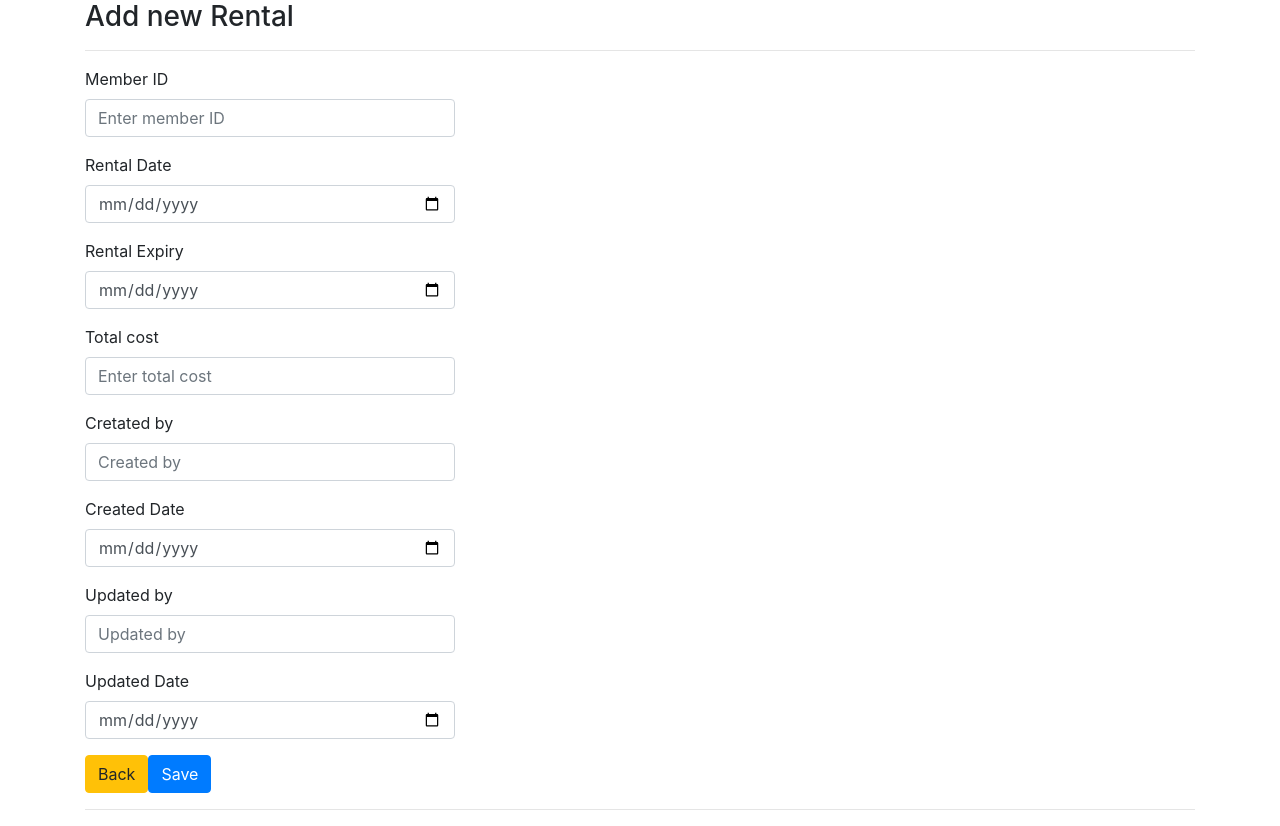
Repository: messimacky/Movie-Rental-System-Front-End
Page: /add-rental
The author's editor kept a copy of each file at every save. The page is drawn from the files as they stood at one save, then again after the next save.
The browser window is 1280 px wide. The pictures show the whole page.
The project was rebuilt for these pictures with package versions that can differ from the ones it lists, and the page was loaded fresh each time. Also part of the build but not shown: src/services/movie.service.js, src/components/AddMovie.js, src/components/MoviesList.js, src/components/NotFound.js, src/components/login/Login.js, src/services/customer.service.js, src/components/AddCustomer.js, src/components/CustomerList.js and 4 more.

Above is the page before, as saved 2022-04-25 12:10:57.

After the next save:
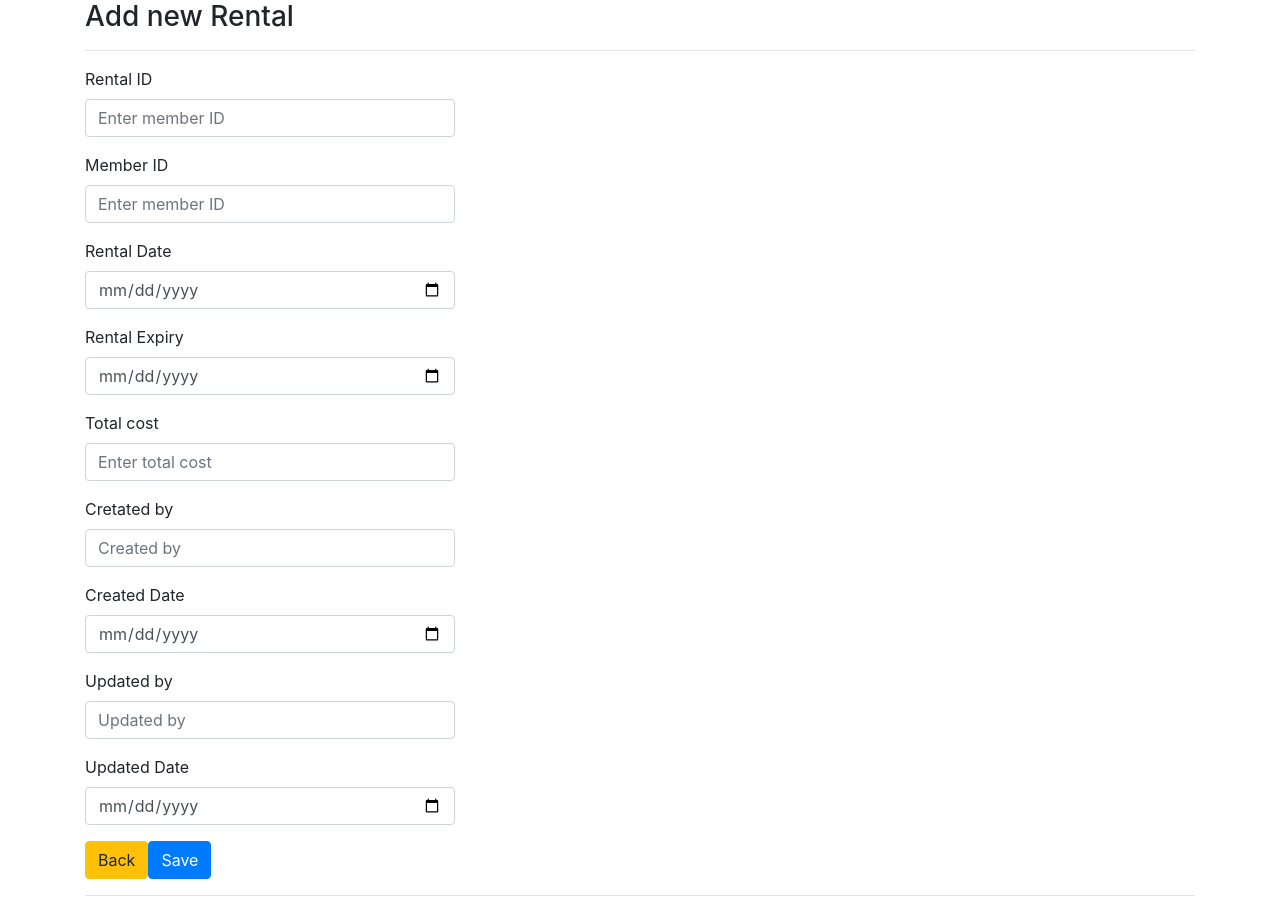
Saved 63 s later.
--- a/src/components/AddRental.js
+++ b/src/components/AddRental.js
@@ -82,6 +82,20 @@ const AddRental = () => {
             <h3>Add new Rental</h3>
             <hr />
             <form>
+
+                <div className="form-group">
+                    <label>Rental ID</label>
+                    <input type="number"
+                        className="form-control col-4"
+                        id="rentalID"
+                        value={rentalID}
+                        onChange={(e) => setRentalID(e.target.value)}
+                        placeholder="Enter member ID"
+                    />
+                </div>
+
+
+
                 <div className="form-group">
                     <label>Member ID</label>
                     <input type="number"
